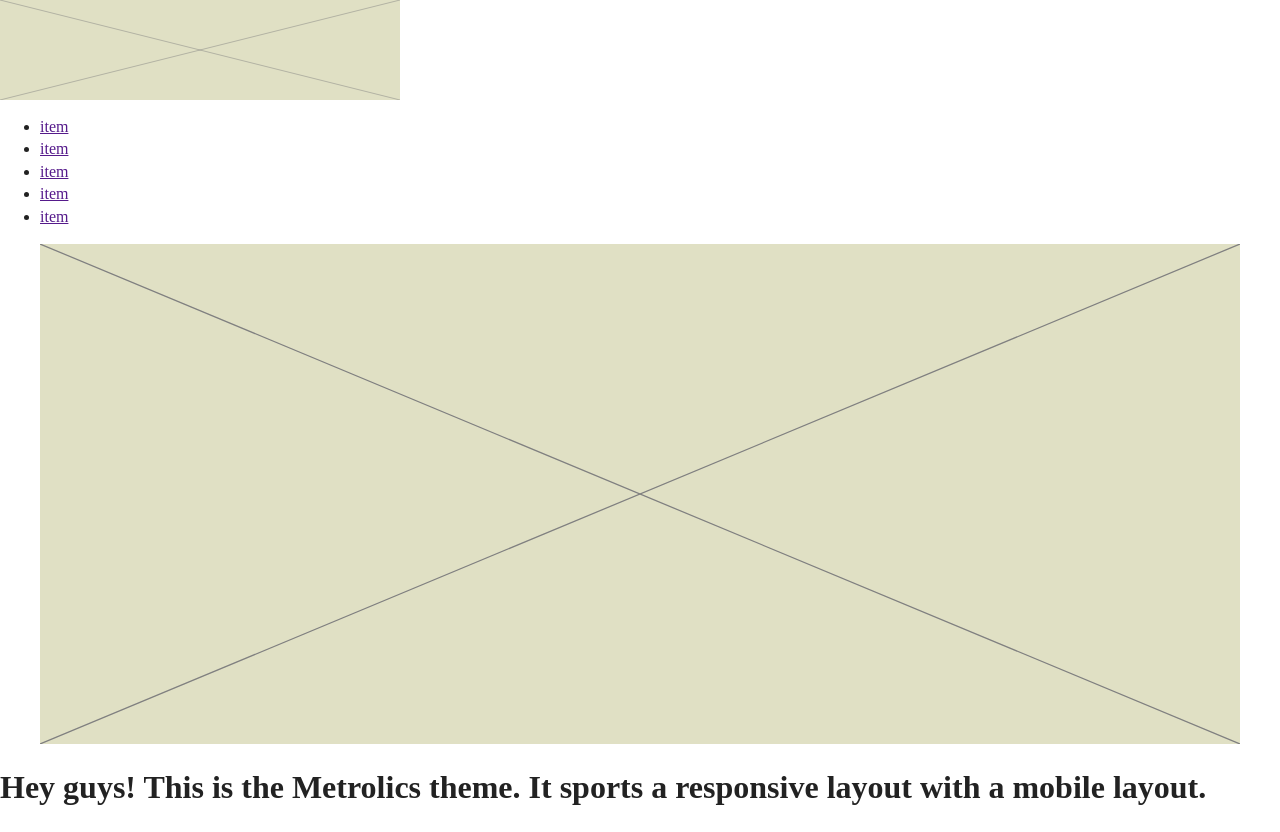
Repository: leahma1208/MDIA2003_Project1
Page: index.html
An editor plug-in stored every save of this project. The page is shown before and after the next save, followed by the edit.
The browser window is 1280 px wide. The pictures show the whole page.

Above is the page before, as saved 2021-01-22 20:59:54.

After the next save:
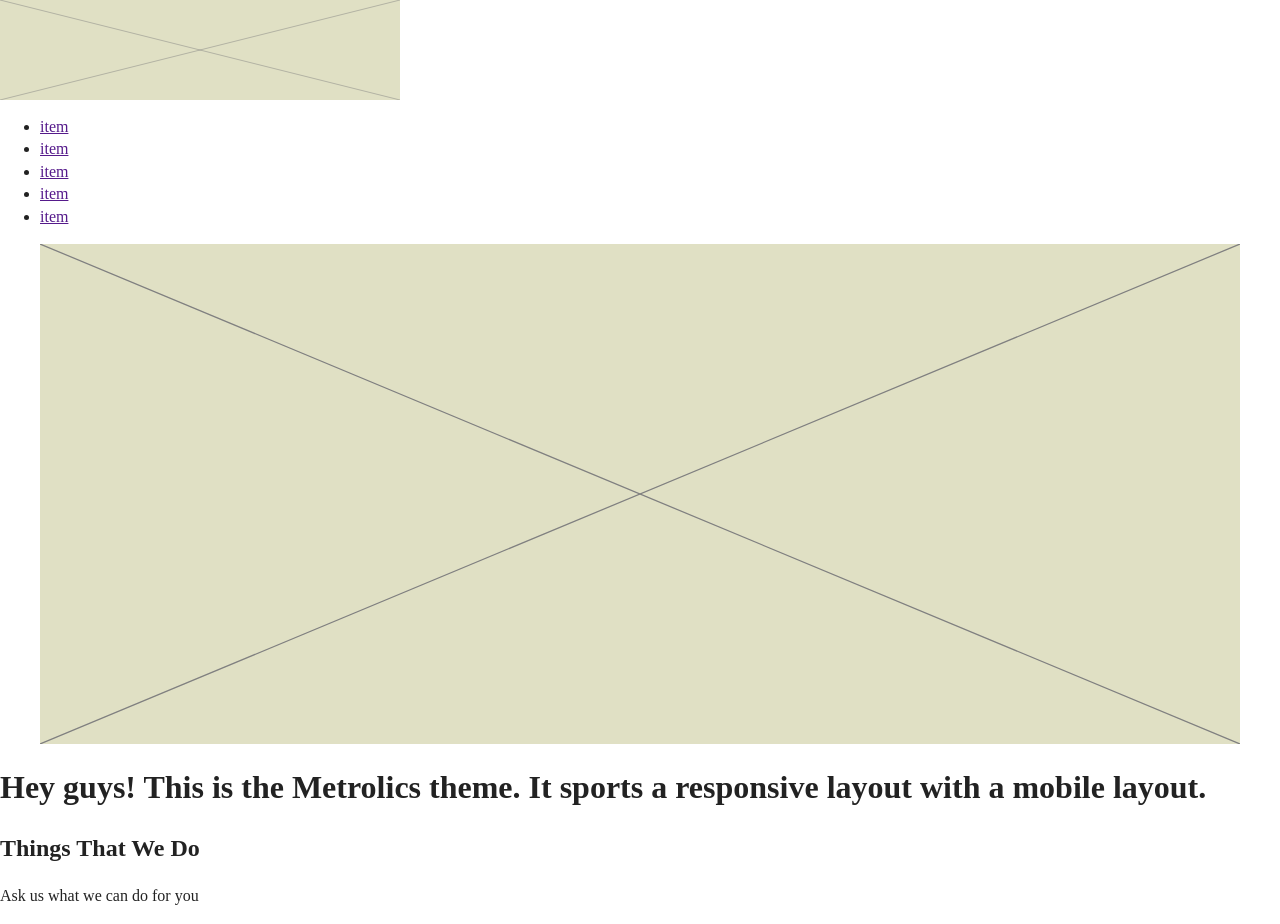
Saved 5 min 29 s later.
--- a/index.html
+++ b/index.html
@@ -49,7 +49,10 @@
   </header>
 
   <section class="about">
-
+    <div class="about_header">
+      <h2>Things That We Do</h2>
+        <p>Ask us what we can do for you</p>
+    </div>
   </section>
 
 
